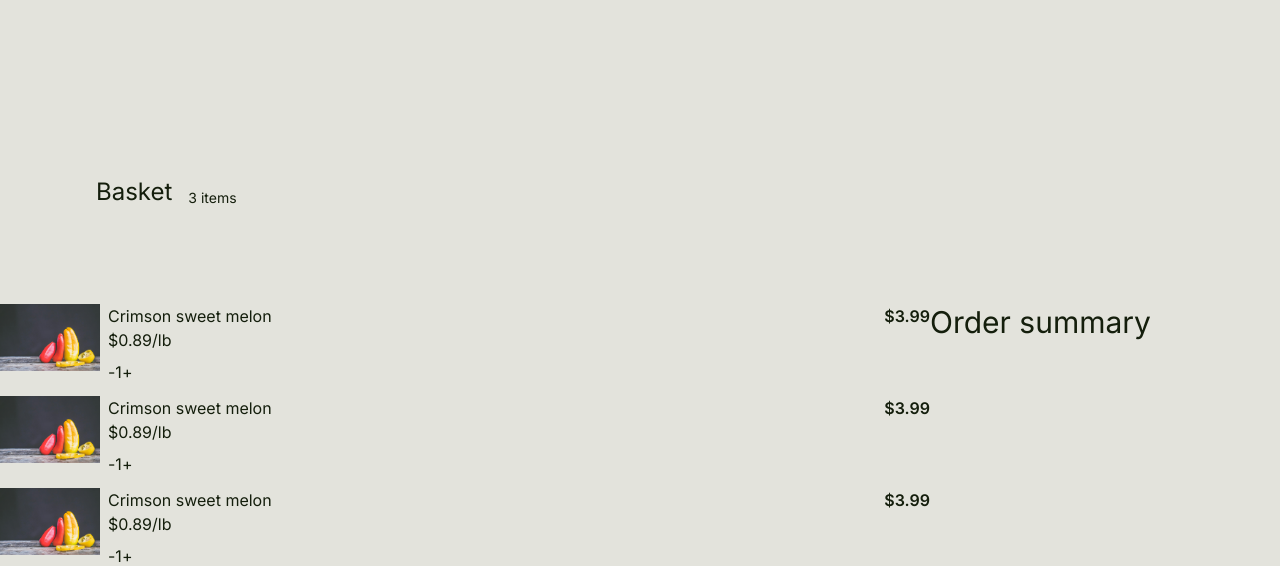
Repository: wswiselife/CSS
Page: / (app in figma-20240618/)
The author's editor kept a copy of each file at every save. The page is drawn from the files as they stood at one save, then again after the next save.
The browser window is 1280 px wide. The pictures show the part of the page from y = 1280 to 1846 px (the page is 1846 px tall).
Some web fonts or font styles are not loaded; a fallback is used. The project was rebuilt for these pictures with package versions that can differ from the ones it lists, and the page was loaded fresh each time. The framework's server and built-in components were replaced by stand-ins that run in the browser. Also part of the build but not shown: figma-20240618/next.config.mjs, figma-20240618/app/components/navbar/UserItem.tsx.

Above is the page before, as saved 2024-06-19 07:12:38.

### figma-20240618/app/layout.tsx
import type { Metadata } from "next";
import { Inter } from "next/font/google";
import "./globals.css";

import Layout from "./components/Layout";

const inter = Inter({ subsets: ["latin"] });

export const metadata: Metadata = {
  title: "Figma hero clone",
  description: "Figma hero clone",
};

export default function RootLayout({
  children,
}: Readonly<{
  children: React.ReactNode;
}>) {
  return (
    <html lang="en">
      <body className={inter.className}>
        <Layout>
          {children}
        </Layout>
      </body>
    </html>
  );
}

### figma-20240618/app/page.tsx

import Basket from "./components/Basket";
import Hero from "./components/Hero";
import Navbar from "./components/navbar/Navbar";

export default function Home() {
  return (
   <>
     <Navbar />
     <div className="mt-20">
        <Hero />
     </div>
     <Basket />
   </>
  );
}

### figma-20240618/app/globals.css
@import url("https://fonts.googleapis.com/css2?family=Playwrite+US+Trad:wght@100..400&display=swap");

@tailwind base;
@tailwind components;
@tailwind utilities;

:root {
    --primary-color: #476730;

    --font-color: #141e0c;
    --bg-color: #e3e3dc;
}

html {
    color: var(--font-color);
    background-color: var(--bg-color);
}

@layer components {
    .hero-p {
        @apply font-serif text-3xl md:text-5xl lg:text-6xl;
    }

    .hero-span {
        @apply font-sans;
    }
}

### figma-20240618/app/components/Layout.tsx
interface LayoutProps {
    children: React.ReactNode
}

const Layout:React.FC<LayoutProps> = ({children})=>{
    return (
        <div className="h-screen w-screen ">
            <div className="h-full w-full">
                {children}
            </div>
        </div>
    )
}

export default Layout

### figma-20240618/app/components/Basket.tsx
'use client'

import BasketItem from "./BasketItem"
import Button from "./Button"
import Header from "./Header"

const Basket = ()=>{

    const operateContent = (
        <div className="flex justify-center items-center gap-4">
            <Button label="Default" onClick={()=>{}} ></Button>
            <Button label="A-Z" onClick={()=>{}} ></Button>
            <Button label="List view" onClick={()=>{}} ></Button>
        </div>
    )

    return(
        <div className="flex flex-col ">
            <Header title="Basket" desc="3 items"  />

            <div className="
                flex
                justify-center
                items-start
                flex-wrap
            ">
                {/* basket */}
                <div className="
                    flex
                    flex-1
                    flex-col
                    gap-3
                    items-center
                    min-w-[400px]
                ">
                    <BasketItem title="Crimson sweet melon" price="0.89" unit='lb' />
                    <BasketItem title="Crimson sweet melon" price="0.89" unit='lb' />
                    <BasketItem title="Crimson sweet melon" price="0.89" unit='lb' />
                </div>

                {/* order summary */}
                <div className="w-[350px]">
                    {/* title */}
                    <div className="text-3xl">
                        Order summary
                    </div>

                </div>
            </div>
        </div>
    )
}

export default Basket

### figma-20240618/app/components/Hero.tsx
'use client'

import Button from "./Button"

const Hero = ()=>{

    return(
        <div className="">

            {/* first path */}
            <div className="flex flex-col justify-center items-center">
                {/* title */}
                <div className="
                    flex
                    flex-col
                    items-center
                    gap-2
                    md:gap-4
                    lg:gap-8
                    py-12
                    md:py-20
                    lg:py-[121px]
                ">
                    <p className="hero-p">We're <span className="hero-span font-playwrite">farmers,purveyors,</span></p>
                    <p className="hero-p"> and <span className="hero-span font-playwrite">eaters </span>of originically</p>
                    <p className="hero-p">grown food.</p>
                </div>

                <Button label="Browse our shop" onClick={()=>{}} />
            </div>

            {/* image path */}
            <div className="flex flex-row flex-wrap justify-center items-center gap-16 py-20 ">

                <img
                    src="/images/photo4.jpg"
                    alt="photo"
                    className="
                        w-[420px]
                        h-[450px]
                        md:w-[300px]
                        md:h-[380px]
                        lg:w-[400px]
                        lg:h-[580px]
                        rounded-lg
                        object-cover
                "/>

                <div className="
                    relative
                    w-[420px]
                    h-[450px]
                    md:w-[380px]
                    md:h-[300px]
                    lg:w-[520px]
                    lg:h-[400px]
                ">
                    <img
                        src="/images/photo5.jpg"
                        alt="photo"
                        className="
                            rounded-lg
                            object-cover
                        "
                    />
                    <div className="text-sm py-4 md:text-base">

                        <p className="lg:max-w-520px md:max-w-380px max-w-420px">
                            <span className="font-semibold">Central California </span>
                            — The person who grew these was located in Central California and, er, hopefully very well-compensated.
                        </p>
                    </div>
                </div>
            </div>
        </div>
    )
}

export default Hero

### figma-20240618/app/components/navbar/Navbar.tsx
import Logo from './Logo'
import Usermenu from './Usermenu'

const Navbar = ()=>{
    return (
        <div className='fixed top-0 w-full bg-[var(--bg-color)]'>
            <div className="
                flex
                justify-between
                items-center
                px-8
                py-4
                md:px-12
                md:py-8
                lg:px-[111px]
                lg:py-[32px]

            ">
                <Logo />
                <Usermenu />
            </div>
        </div>
    )
}

export default Navbar

### figma-20240618/app/components/BasketItem.tsx
import Image from "next/image";
import { useState } from "react";

interface BasketItemProps {
    title:string;
    price?:string;
    cover?:string;
    unit?:string;
}

const BasketItem:React.FC<BasketItemProps> = ({
    title,
    price,
    cover,
    unit
})=>{

    const [count,setCount] = useState(1)

    return(
        <div className="
            flex
            flex-row
            gap-2
            w-full
        ">
            <div>
                <Image
                    width={100}
                    height={90}
                    alt="photo"
                    src={'/image/photo1.jpg'}
                />
            </div>
            <div className="flex flex-1 flex-col gap-2">

                {/* desc */}
                <div className="flex flex-row justify-between items-start">
                    <div className="flex-1">
                        <p>{title}</p>
                        <p>${price}/{unit}</p>
                    </div>
                    <div className="font-semibold">${3.99}</div>
                </div>

                {/* count */}
                <div className="flex">
                    <span>-</span>
                    <span>{count}</span>
                    <span>+</span>
                </div>

            </div>
        </div>
    )
}

export default BasketItem

### figma-20240618/app/components/Button.tsx
'use client'

import { IconType } from "react-icons";

interface ButtonProps {
    label: string;
    onClick:()=>void
    secondry?:boolean
    disabled?:boolean
    icon?:IconType
}

const Button:React.FC<ButtonProps> = ({
    label,
    onClick,
    secondry,
    disabled,
    icon:Icon
})=>{
    return (
        <button
            onClick={onClick}
            disabled={disabled}
            className={`
                flex
                flex-row
                items-center
                gap-3
                px-6
                py-3
                font-semibold
                disabled:opacity-70
                disabled:cursor-not-allowed
                hover:opacity-80
                ${secondry?'rounded':'rounded-full'}
                ${secondry?'bg-white':'bg-green-800'}
                ${secondry?'text-black':'text-white '}

        `}>
            {label}
            {
                Icon && (<Icon size={20} ></Icon>)
            }
        </button>
    )
}

export default Button

### figma-20240618/app/components/Header.tsx
'use client'
import { ReactNode } from "react";

interface HeaderProps {
    title:string;
    desc?:string;
    operate?:ReactNode
}

const Header:React.FC<HeaderProps> = ({
    title,
    desc,
    operate
})=>{
    return(
        <div className="
            w-full
            flex
            flex-row
            justify-between
            items-center
            p-8
            md:p-16
            lg:p-24
        ">
            {/* header */}
            <div className="
                flex
                items-end
                gap-4

            ">
                <div className="text-2xl flex justify-end items-end">{title}</div>
                <div className="text-sm">{desc}</div>
            </div>

            {/* operate */}
            <div >
                {operate}
            </div>
        </div>
    )
}

export default Header

### figma-20240618/app/components/navbar/Logo.tsx

const Logo = ()=>{
    return(
        <div className="text-xl lg:text-3xl font-bold cursor-pointer">World Peas</div>
    )
}

export default Logo

### figma-20240618/app/components/navbar/Usermenu.tsx
'use client'

import { FiShoppingBag } from "react-icons/fi";
import { IoAppsOutline } from "react-icons/io5";

import useUserMenuModal from "../../hooks/useUserMenu";
import UserItem from "./UserItem";
import Button from "../Button";

const Usermenu = ()=>{

    const userMenuModal = useUserMenuModal()

    const onToggle = ()=>{
        userMenuModal.isOpen?userMenuModal.onClose():userMenuModal.onOpen()
    }

    return(
        <div className="
            flex
            items-center
            gap-4
            md:gap-4
        ">

            {/* desktop */}
            <div className="
                md:flex
                flex-row
                justify-between
                items-center
                md:gap-3
                hidden

            ">
                <div className="p-4 font-semibold text-xl">Shop</div>
                <div className="p-4 font-semibold text-xl">Newstand</div>
                <div className="p-4 font-semibold text-xl">Who we are</div>
            </div>

            {/* basket */}
            <Button label="Basket" onClick={()=>{}} icon={FiShoppingBag} />

            {/* mobile */}
            <div
                onClick={onToggle}
                className="
                    flex
                    justify-center
                    items-center
                    relative
                    p-4
                    cursor-pointer
                    transition
                    md:hidden
            ">
                <IoAppsOutline size={22} />

                {/* menu */}
                {
                    userMenuModal.isOpen && (
                        <div className="
                            absolute
                            top-16
                            right-0
                            w-80
                            bg-white
                            rounded-md
                            transition
                        ">
                            <UserItem onClick={() =>{}} label="shop"/>
                            <UserItem onClick={() =>{}} label="newstand"/>
                            <UserItem onClick={() =>{}} label="who we are"/>
                        </div>
                    )
                }

            </div>


        </div>
    )
}

export default Usermenu

### figma-20240618/app/hooks/useUserMenu.ts
import { create } from "zustand";

interface UserMenuStore {
    isOpen: boolean;
    onOpen: () => void;
    onClose: () => void;
}

const useUserMenuModal = create<UserMenuStore>(set => ({
    isOpen: false,
    onOpen: () => set({ isOpen: true }),
    onClose: () => set({ isOpen: false }),
}));

export default useUserMenuModal;

### figma-20240618/tailwind.config.ts
import type { Config } from "tailwindcss";

const config: Config = {
    content: [
        "./pages/**/*.{js,ts,jsx,tsx,mdx}",
        "./components/**/*.{js,ts,jsx,tsx,mdx}",
        "./app/**/*.{js,ts,jsx,tsx,mdx}",
    ],
    theme: {
        extend: {
            backgroundImage: {
                "gradient-radial": "radial-gradient(var(--tw-gradient-stops))",
                "gradient-conic":
                    "conic-gradient(from 180deg at 50% 50%, var(--tw-gradient-stops))",
            },
            fontFamily: {
                playwrite: ['"Playwrite US Trad"', "cursive"],
            },
        },
    },
    plugins: [],
};
export default config;

After the next save:
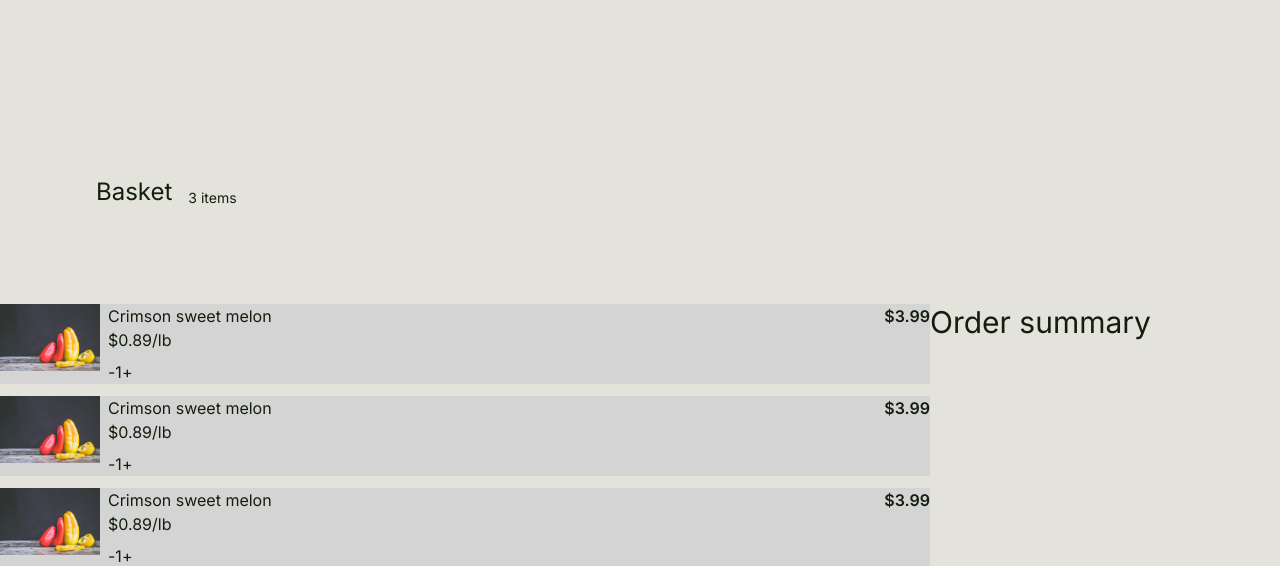
Saved 112 s later.
--- a/figma-20240618/app/components/BasketItem.tsx
+++ b/figma-20240618/app/components/BasketItem.tsx
@@ -23,6 +23,7 @@
             flex-row
             gap-2
             w-full
+            bg-neutral-300
         ">
             <div>
                 <Image

After the save that followed:
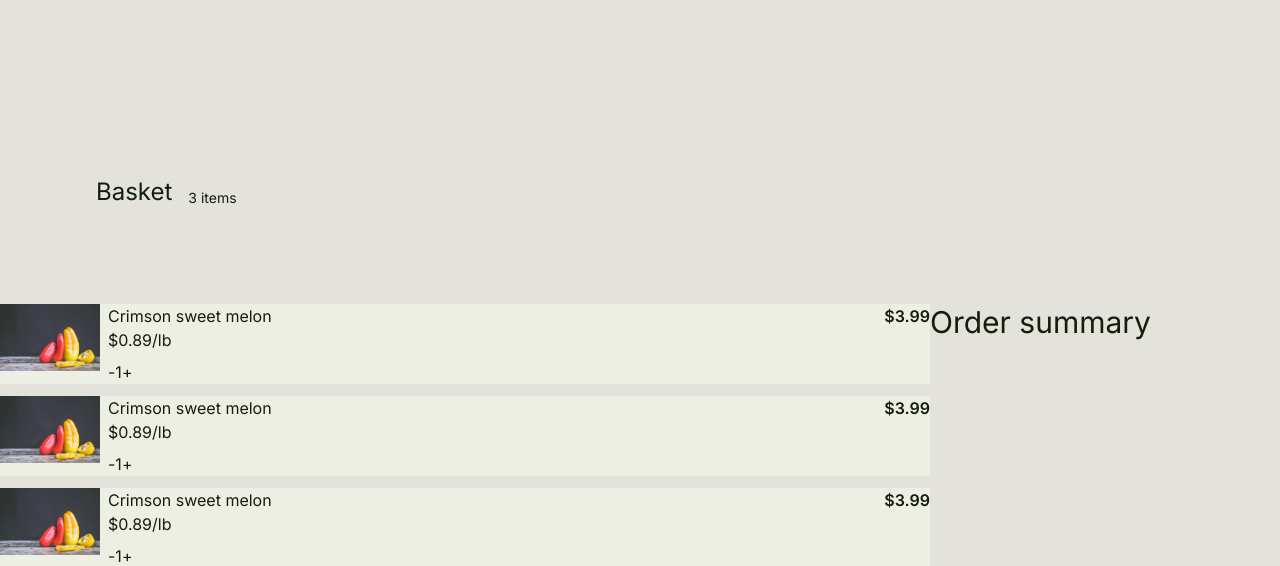
Saved 48 s later.
--- a/figma-20240618/app/components/BasketItem.tsx
+++ b/figma-20240618/app/components/BasketItem.tsx
@@ -23,7 +23,7 @@
             flex-row
             gap-2
             w-full
-            bg-neutral-300
+            bg-[#edefe4]
         ">
             <div>
                 <Image
